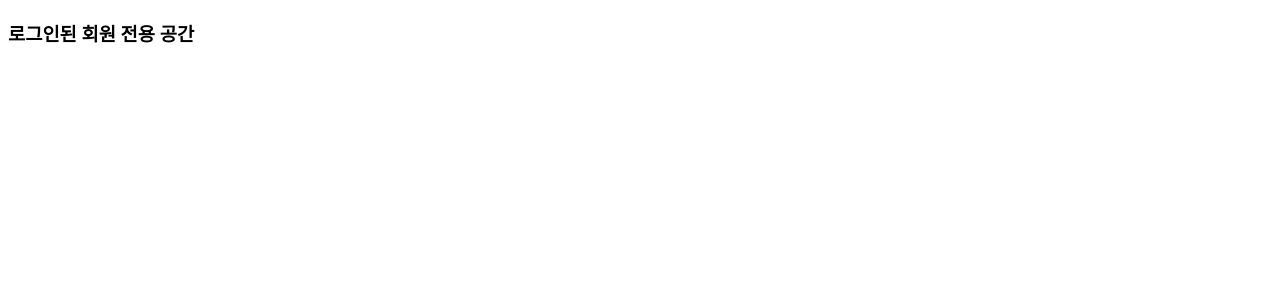
Repository: hyunhee7/web_work
Page: http://localhost/Step09_Auth/member/play.jsp
An editor plug-in stored every save of this project. The page is shown before and after the next save, followed by the edit.
The browser window is 1280 px wide. The pictures show the whole page.
The page is served by Tomcat 9. Nobody is signed in. The application's start-up code is not run.

Above is the page before, as saved 2017-06-29 00:48:04.

### Step09_Auth/WebContent/member/play.jsp
<%@ page language="java" contentType="text/html; charset=UTF-8"
    pageEncoding="UTF-8"%>
<!DOCTYPE html PUBLIC "-//W3C//DTD HTML 4.01 Transitional//EN" "http://www.w3.org/TR/html4/loose.dtd">
<html>
<head>
<meta http-equiv="Content-Type" content="text/html; charset=UTF-8">
<title>play.jsp</title>
</head>
<body>
	<h3>로그인된 회원 전용 공간</h3>
</body>
</html>

After the next save:
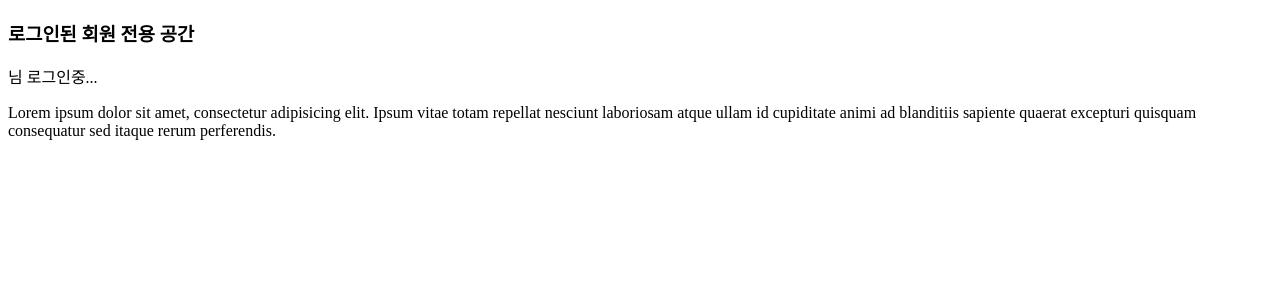
Saved 98 s later.
--- a/Step09_Auth/WebContent/member/play.jsp
+++ b/Step09_Auth/WebContent/member/play.jsp
@@ -8,5 +8,7 @@
 </head>
 <body>
 	<h3>로그인된 회원 전용 공간</h3>
+	<p><strong></strong>님 로그인중...</p>
+	<p>Lorem ipsum dolor sit amet, consectetur adipisicing elit. Ipsum vitae totam repellat nesciunt laboriosam atque ullam id cupiditate animi ad blanditiis sapiente quaerat excepturi quisquam consequatur sed itaque rerum perferendis.</p>
 </body>
 </html>
